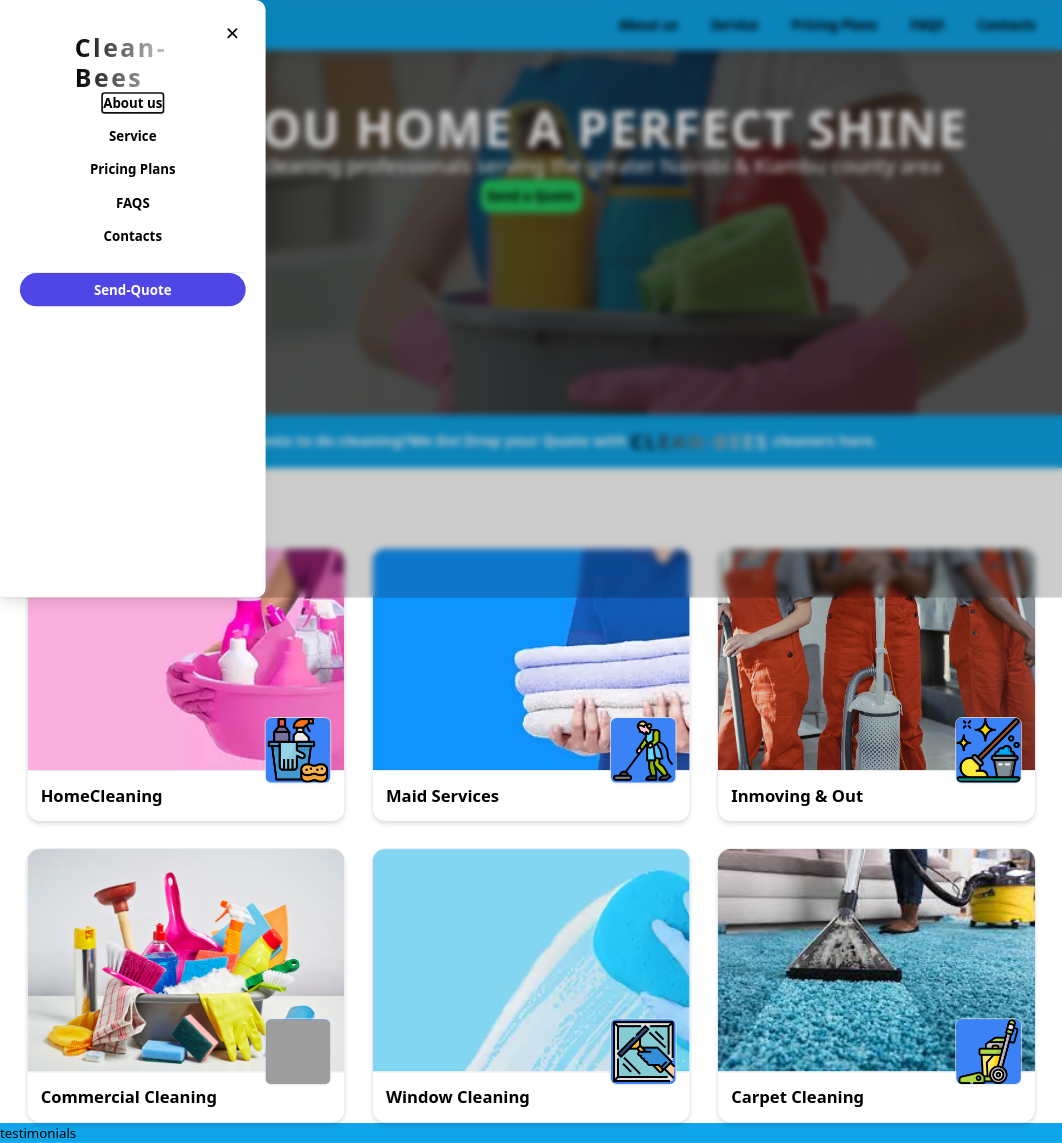
Repository: remydev47/cleanbees
Page: /
These files come from the project's save history. The page is drawn as it stood at one moment and after the next save; the edit follows.
The browser window is 1280 px wide. The pictures show the whole page, at 83% of full size.
Pictures or frames that could not be fetched are drawn as grey boxes. The project was rebuilt for these pictures with package versions that can differ from the ones it lists, and the page was loaded fresh each time. The framework's server and built-in components were replaced by stand-ins that run in the browser. Also part of the build but not shown: next.config.js.

Above is the page before, as saved 2022-09-19 11:58:36.

### pages/_app.tsx
import '../styles/globals.css'
import type { AppProps } from 'next/app'
import { Header } from '../components/Header'


function MyApp({ Component, pageProps }: AppProps) {
  return (
    <>
      <Header />
      <Component {...pageProps} />
    </>

    )
}

export default MyApp

### pages/index.tsx
import type { NextPage } from 'next'
import Head from 'next/head'
import Image from 'next/image'
import Hero from '../components/Hero'
import Services from '../components/Services';
import Testmonial from '../components/Testmonial';

const Home: NextPage = () => {
  return (
    <div className="">
      <Head>
        <title>CleanBees</title>
        <link rel="icon" href="/favicon.ico" />
      </Head>
      <Hero />
     <main className='mx-auto max-w-screen-xl px-6 sm:px-8'>
      <div className='mt-16 space-y-20'>
        <Services />

      </div>
     </main>
     <Testmonial />
    </div>
  )
}

export default Home

### components/Header.tsx
import { navLinks } from "../constants"
import { MenuPopOver } from "./MenuPopover"
import Logo from "./Logo"
import Image from "next/image"
import { title } from "process"

export const Header = () => {
    return(
        <>
          <header className={styles.container}>
           <div className='flex grow-0 basis-1/3 md:hidden'>
             <MenuPopOver />
          </div>
          <div className='flex grow-0 basis-1/3 justify-center md:justify-start'>
            <Logo />
           </div>
           <ul className="list-none sm:flex hidden justify-end items-center flex-1">
            {navLinks.map((nav, index) => (
                <li
                key={nav.id}
                className={`font-poppins font-extrabold cursor-pointer text-[16px]
                  ${index === navLinks.length - 1 ? 'mr-0' : 'mr-10'}
                 text-black `}
                >
                    <a>{nav.title}</a>
                </li>
            ))}
           </ul>

          </header>
        </>
    )
}

const styles ={
    container:`sticky bg-[#0ea5e9] inset-x-0 top-0 z-20 flex items-center justify-between py-2 px-2 shadow-lg dark:bg-slate-900 sm:py-3 sm:px-8`
}

### components/Hero.tsx
import React from 'react'
import Image from 'next/image'



const Hero = () => {
  return (
    <>
      <section className='relative h-[640px] w-full  bg-blue-500 sm:h-[55vh] md:h-[440px]'>
         <Image
           src='/img/pixel-cleaner2.jpg'
           layout='fill'
           objectFit='cover'
         />

        <div className="absolute inset-0 bg-neutral-900/70">
        <div className='mx-4 mt-16 flex flex-col items-center text-center '>
                <h1 className={styles.innerbanner}>
                    Give you Home a Perfect Shine
                </h1>
                <span className='text-xl text-white sm:text-2xl'>
                    Reliable house cleaning professionals serving the greater Nairobi & Kiambu county area
                </span>
                <button className='bg-green-500 text-black font-semibold p-2 rounded-xl'>
                    Send a Quote
                </button>
              </div>
        </div>
      </section>
      <HeroBottomCard />
   </>
  )
}

function HeroBottomCard() {
    return (
      <div className="bg-[#0ea5e9] p-4">
        <span className="block text-center text-lg text-white font-semibold">
          Nobody wants to do cleaning?We Do! Drop your  Quote with{" "}
          <span className="bg-gradient-to-r from-black to-[#fff] bg-clip-text align-middle text-2xl font-black tracking-widest text-transparent">
            CLEAN-BEES
          </span>{" "}
          cleaners here.
        </span>
      </div>
    );
  }

export default Hero;
const styles ={

    innerbanner:`text-3xl font-extrabold uppercase tracking-wide text-white sm:text-4xl md:text-5xl lg:text-6xl`,
}

### components/Services.tsx
import React from 'react';
import Image from 'next/image'
import Link from 'next/link';

const serviceItems =[
    {
        name:"HomeCleaning",
        description:"",
        image:'/img/cleaning3.webp',
        logo:"/img/homecleaning.png"
    },
    {
        name:"Maid Services",
        description:"",
        image:'/img/maid2.webp',
        logo:"/img/maid.png"
    },
    {
        name:"Inmoving & Out",
        description:"",
        image:'/img/pexels-cleaner.jpeg',
        logo:"/img/inmoving.png"
    },
    {
        name:"Commercial Cleaning",
        description:"",
        image:'/img/pixelcleaner3.jpg',
        logo:"/img/officecleaning.png"
    },
    {
        name:"Window Cleaning",
        description:"",
        image:'/img/cleaning4.webp',
        logo:"/img/window.png"
    },
    {
        name:"Carpet Cleaning",
        description:"",
        image:'/img/cleancarpet.jpg',
        logo:"/img/carpet.png"
    },
]

const Services = () => {
  return (
    <section id='service-items'>
        <div>
            <h2 className="text-2xl font-semibold"> Our Services </h2>
        </div>

        <div id="top-companies__items" className="grid grid-cols-1 gap-8 sm:grid-cols-2 lg:grid-cols-3">
              {serviceItems.map((item, i) => (
                 <Link href="/#" key={i}>
                  <a className="group block overflow-hidden rounded-2xl border border-slate-200 bg-white shadow-md transition-all duration-150 hover:-translate-y-1 hover:shadow-lg dark:border-slate-800 dark:bg-slate-700">
                    <div className="relative block overflow-hidden  pt-[70%]">
                     <Image
                       src={item.image}
                       alt={item.name}
                       layout="fill"
                       objectFit="cover"
                       className="transition-all duration-200 group-hover:scale-[102%]"
                      />
                    </div>
                    <div className="relative flex flex-col border-t p-4 dark:border-slate-600">
                <span className="absolute right-4 -top-[65px] block h-[80px] w-[80px] overflow-hidden rounded-lg border shadow-sm dark:border-slate-600">
                  <div className="relative block overflow-hidden  bg-blue-500 pt-[100%]">
                    <Image
                      src={item.logo}
                      alt={item.name}
                      layout="fill"
                      objectFit="cover"
                    />
                  </div>
                </span>

                <h5 className="block truncate text-xl font-semibold capitalize">
                  {item.name}
                </h5>
                <span className="block truncate text-slate-500 dark:text-slate-400">
                  {item.description}
                </span>
              </div>
                 </a>
                 </Link>
              ))}
            </div>

    </section>
  )
}

export default Services

### components/Testmonial.tsx
import React from 'react'
import "react-responsive-carousel/lib/styles/carousel.min.css";
import { Carousel } from 'react-responsive-carousel'

const Testmonial = () => {
  return (
    <>
      <section className="bg-[#0ea5e9] ">
        testimonials
        <Carousel>

        </Carousel>
      </section>
    </>
  )
}

export default Testmonial

### constants/index.ts

export const navLinks =[
    {
     id:"aboutus",
     title:"About us"
    },
    {
        id:"services",
        title:"Service"
    },
    {
        id:"pricingplans",
        title:"Pricing Plans"
    },
    {
        id:"faqs",
        title:"FAQS"
    },
    {
        id:"contacts",
        title:"Contacts"
    },
]

### components/MenuPopover.tsx
import React, { useState, Fragment } from 'react'
import { IconButton } from './Button'
import { Transition, Dialog }  from '@headlessui/react';
import Link from 'next/link';
import Logo from './Logo';
import { Button } from './Button';
//import { ThemeSelect } from './ThemeToogle';
import { navLinks } from '../constants';

export const MenuPopOver = () => {
    const [isOpen, setIsOpen] = useState(true)

    return(
      <div>
        <IconButton
          variant='ghost'
          aria-label='menu'
          onClick={() => setIsOpen(!isOpen)}
        >
          <svg className='h-6 w-6 ' fill='none' stroke='currentColor'>
            <path
              strokeLinecap='round'
              strokeLinejoin='round'
              strokeWidth={2}
              d='M4 6h16M4 12h16M4 18h16'
            />
          </svg>
        </IconButton>
        <Transition
          show={isOpen}
          appear
          as={Fragment}
          enter='transform transition ease-in-out duration-300'
          enterFrom='-translate-x-full'
          enterTo='translate-x-0'
          leave='transform transition ease-in-out duration-300 delay-200'
          leaveFrom='translate-x-0'
          leaveTo='-translate-x-full'
        >
         <Dialog
           as='div'
           className={`fixed inset-0 z-50`}
           onClose={setIsOpen}
           open={isOpen}
           >
           <Transition.Child
             as={Fragment}
             enter='ease-out duration-300 delay-300'
             enterFrom='opacity-0'
             enterTo='opacity-100'
             leave='ease-in duration-200'
             leaveFrom='opacity-100'
             leaveTo='opacity-0'
           >

            <Dialog.Overlay
              className={`fixed inset-0 bg-black/20 backdrop-blur-sm dark:bg-gray-900/80`}
             />
          </Transition.Child>
           <div className={styles.dialogcontainer}>
            <a className='mx-auto mt-4 flex w-[140px] '>
              <Logo />
            </a>
            <ul
                className={styles.navWrapper2}
             >
                {navLinks.map((nav, index) => (
                    <li
                     key={nav.id}
                     className={`font-poppins font-bold cursor-pointer text-[16px]
                      ${index === navLinks.length - 1 ? 'mr-0' : 'mb-4'}
                      text-black `}
                    >
                     <a href={`#${nav.id}`}>
                        {nav.title}
                     </a>
                    </li>
                 ))}
             </ul>
            {/* <div className='mt-0 border-t border-gray-200 pt-6 dark:border-gray-200/10'>

            </div> */}
            <ul className='mt-8 space-y-3 border-t border-gray-200 dark:border-gray-200/10'>
              <li>
               <Button fullWidth>
                   Send-Quote
               </Button>
              </li>

            </ul>
            <IconButton
              variant='ghost'
              aria-label='close menu'
              className='absolute top-5 right-5'
              onClick={() => setIsOpen(false)}
            >
              <svg
                viewBox='0 0 10 10'
                className='h-2.5 w-2.5 overflow-visible'
                aria-hidden='true'
              >
                <path
                    d='M0 0L10 10M10 0L0 10'
                    fill='none'
                    stroke='currentColor'
                    strokeWidth='2'
                    strokeLinecap='round'
                  />
              </svg>
            </IconButton>
           </div>
         </Dialog>
        </Transition>
      </div>
    )
  }

const styles ={
    dialogcontainer:`fixed top-0 bottom-0 left-0 w-full max-w-xs rounded-r-xl bg-white p-6 shadow-lg dark:bg-gray-800`,
    menuitems:`group relative flex h-9 items-center oveflow-hidden rounded-md hover:bg-slate-200/50`,
    navWrapper2:`list-none flex flex-col justify-end items-center flex-1`,
}

### components/Logo.tsx
import React from 'react';


const Logo  = () => {
  return (
    <span className={`bg-gradient-to-r from-black to-[#fff] bg-clip-text align-middle text-3xl font-black tracking-widest text-transparent hover:text-green-400`}>
        Clean-Bees
    </span>
  )
}

export default Logo;

### components/Button/index.tsx
import React, { forwardRef } from 'react';
//import { __DEV__ } from '../../utils/assertions'

type BaseButtonProps = Omit<React.HTMLProps<HTMLButtonElement>, "size">;

/* === Button Element === */

export interface ButtonProps extends BaseButtonProps {
  children: React.ReactNode;
  fullWidth?: boolean;
  className?: string;
  variant?: "solid" | "outline" | "ghost";
  size?: "sm" | "md" | "lg";
  as?: string;
  isExternal?: boolean;
  type?: "button" | "submit" | "reset";
}

export const Button = forwardRef<HTMLButtonElement, ButtonProps>(
  (
    {
      children,
      variant = "solid",
      size = "md",
      fullWidth = false,
      className,
      as = "button",
      isExternal = false,
      ...rest
    },
    ref
  ) => {
    let tempClassNames: string[] = [];

    const sharedClasses = [
      "capitalize",
      "focus:outline-none",
      "focus:ring-2",
      "focus:ring-indigo-400",
      "focus:ring-offset-2",
      "focus:ring-offset-indigo-50",
      "font-semibold",
      "rounded-full",
      "inline-flex",
      "flex-shrink-0",
      "items-center",
      "justify-center",
      "transition-colors",
      "ease-in-out",
      "duration-500",
    ];

    if (fullWidth) sharedClasses.push("w-full");

    // handle variants
    let btnSolid = ["bg-indigo-600", "hover:bg-indigo-700", "text-white"];
    let btnOutline = [
      "dark:text-white",
      "hover:text-yellow-700",
      "hover:dark:text-yellow-800",
      "bg-transparent",
      "hover:bg-indigo-50",
      "border",
      "border-indigo-600",
    ];
    let btnGhost = [
      "bg-transparent",
      "dark:text-white",
      "hover:bg-indigo-50",
      "hover:text-indigo-700",
      "hover:dark:text-indigo-700",
    ];

    if (variant === "solid") {
      tempClassNames = [...sharedClasses, ...btnSolid];
    } else if (variant === "outline") {
      tempClassNames = [...sharedClasses, ...btnOutline];
    } else if (variant === "ghost") {
      tempClassNames = [...sharedClasses, ...btnGhost];
    }

    // handle sizes
    let sizeSm = ["h-8", "px-2", "text-sm"];
    let sizeMd = ["h-10", "px-3"];
    let sizeLg = ["h-12", "px-4", "text-lg"];

    if (size === "sm") {
      tempClassNames = [...tempClassNames, ...sizeSm];
    } else if (size === "md") {
      tempClassNames = [...tempClassNames, ...sizeMd];
    } else if (size === "lg") {
      tempClassNames = [...tempClassNames, ...sizeLg];
    }

    let classes = tempClassNames.join(" ");

    let Element = as ? (
      React.createElement(
        as,
        {
          className: `${classes} ${className}`,
          target: isExternal ? "_blank" : undefined,
          rel: isExternal ? "noopener noreferrer" : undefined,
          ref,
          ...rest,
        },
        children
      )
    ) : (
      <button {...rest} className={`${classes} ${className}`} ref={ref}>
        {children}
      </button>
    );

    return Element;
  }
);

// if (__DEV__) {
//   Button.displayName = "Button";
// }

/* === IconButton Element === */

export interface IconButtonProps extends ButtonProps {
  icon?: React.ReactElement;
  "aria-label": string;
}

export const IconButton = forwardRef<HTMLButtonElement, IconButtonProps>(
  (
    {
      children,
      icon,
      className,
      "aria-label": ariaLabel,
      size = "md",
      ...rest
    },
    ref
  ) => {
    let sharedClasses = ["rounded-full", "!px-0"];

    // handle sizes
    let sizeSm = ["w-8"];
    let sizeMd = ["w-10"];
    let sizeLg = ["w-12"];

    if (size === "sm") {
      sharedClasses = [...sharedClasses, ...sizeSm];
    } else if (size === "md") {
      sharedClasses = [...sharedClasses, ...sizeMd];
    } else if (size === "lg") {
      sharedClasses = [...sharedClasses, ...sizeLg];
    }

    /**
     * Passing the icon as prop or children should work
     */
    const element = icon || children;
    const _children = React.isValidElement(element)
      ? React.cloneElement(element as any, {
          "aria-hidden": true,
          focusable: false,
        })
      : null;

    let classes = sharedClasses.join(" ");
    return (
      <Button
        className={`${classes} ${className}`}
        aria-label={ariaLabel}
        size={size}
        {...rest}
        ref={ref}
      >
        {_children}
      </Button>
    );
  }
);

// if (__DEV__) {
//   IconButton.displayName = "IconButton";
// }

Loaded but not shown: styles/globals.css (common file); tailwind.config.js (common file)

After the next save:
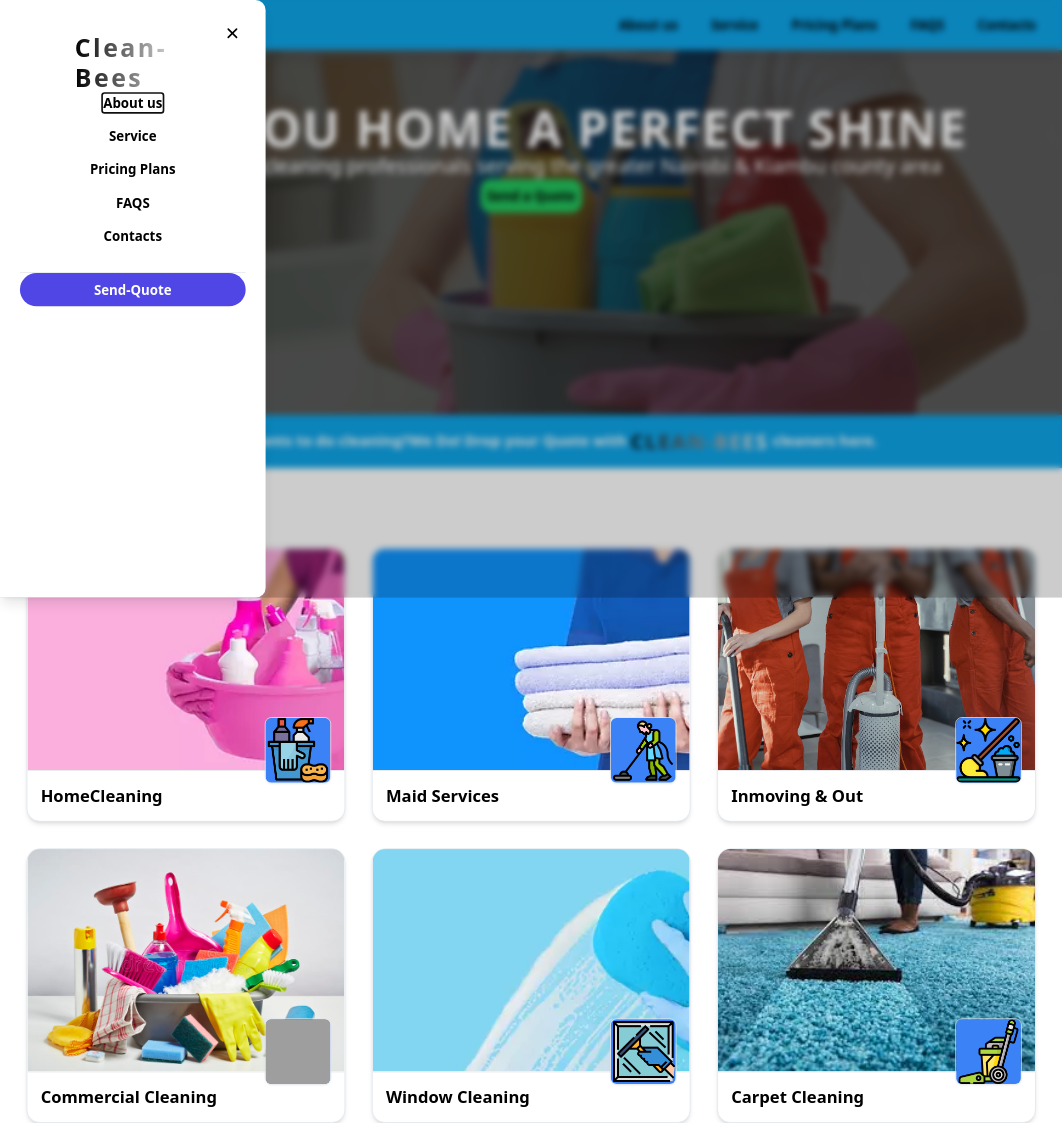
Saved 8 min 54 s later.
--- a/components/Testmonial.tsx
+++ b/components/Testmonial.tsx
@@ -6,8 +6,15 @@ const Testmonial = () => {
   return (
     <>
       <section className="bg-[#0ea5e9] ">
-        testimonials
-        <Carousel>
+
+        <Carousel
+          autoPlay
+          infiniteLoop
+          showStatus={false}
+          showIndicators={false}
+          showThumbs={false}
+          interval={3000}
+        >
 
         </Carousel>
       </section>
